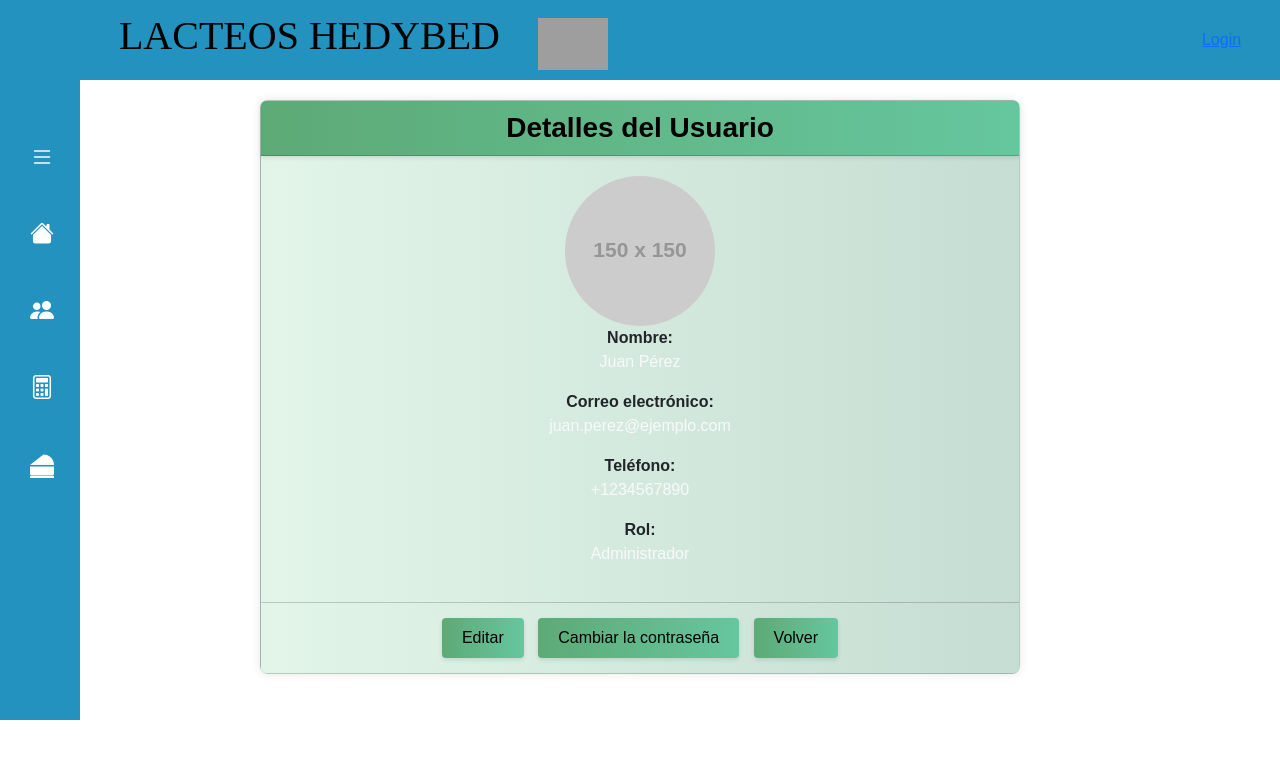
Repository: danielsanz08/RENDER
Page: http://localhost/ver_perfil/
These files come from the project's save history. The page is drawn as it stood at one moment and after the next save; the edit follows.
The browser window is 1280 px wide. The pictures show the whole page.
Pictures or frames that could not be fetched are drawn as grey boxes. The page is served by the project's application, run on Django 4.2 (manage.py). Other server files are loaded and not shown.

Above is the page before, as saved 2024-08-05 16:22:10.
Console error: TypeError: Cannot read properties of null (reading 'addEventListener')

### libreria/templates/usuario/ver.html
{% extends "navbar.html" %}

{% load static %}

{% block titulo %}  {% endblock %}

{% block contenido %}
<link href="https://cdn.jsdelivr.net/npm/bootstrap@5.3.0/dist/css/bootstrap.min.css" rel="stylesheet">
<link href="{% static 'css/ver_perfil.css' %}?v1.2" rel="stylesheet" />
<div class="container">
    <div class="card">
        <div class="card-header">
            <h3 class="card-title"><b>Detalles del Usuario</b></h3>
        </div>
        <div class="card-body">
            <div class="profile-picture">
                <img src="https://via.placeholder.com/150" alt="Foto de perfil">
            </div>
            <div class="user-details">
                <div class="mb-3">
                    <label>Nombre:</label>
                    <p>Juan Pérez</p>
                </div>
                <div class="mb-3">
                    <label>Correo electrónico:</label>
                    <p>juan.perez@ejemplo.com</p>
                </div>
                <div class="mb-3">
                    <label>Teléfono:</label>
                    <p>+1234567890</p>
                </div>
                <div class="mb-3">
                    <label>Rol:</label>
                    <p>Administrador</p>
                </div>
            </div>
        </div>
        <div class="card-footer">
            <a href="{% url 'editar_perfil' %}" class="btn btn-primary">Editar</a>
            <a href="{% url 'cambiar_contraseña' %}" class="btn btn-primary">Cambiar la contraseña</a>
            <a href="{% url 'usuario' %}" class="btn btn-primary">Volver</a>
        </div>
    </div>
</div>
{% endblock%}

### libreria/templates/navbar.html
{% load static %}
<!doctype html>
<html lang="en">
<head>
  <title>{% block titulo %}Lacteos Hedybed{% endblock %}</title>
  {% block css %}{% endblock %}
  <meta charset="utf-8" />
  <meta name="viewport" content="width=device-width, initial-scale=1, shrink-to-fit=no" />

  <link href="https://cdn.jsdelivr.net/npm/bootstrap@5.3.2/dist/css/bootstrap.min.css" rel="stylesheet" integrity="sha384-T3c6CoIi6uLrA9TneNEoa7RxnatzjcDSCmG1MXxSR1GAsXEV/Dwwykc2MPK8M2HN" crossorigin="anonymous" />

  <link rel="stylesheet" href="https://cdn.jsdelivr.net/npm/bootstrap-icons@1.10.5/font/bootstrap-icons.css">
  <link href="{% static 'css/navbar.css' %}?v.1.3" rel="stylesheet" />
  <link rel="stylesheet" href="https://cdnjs.cloudflare.com/ajax/libs/font-awesome/6.0.0-beta3/css/all.min.css">

</head>
<style>
  body.dark .menu{
    background-color: #165a75;
  }
  body.dark header{
    background-color: #165a75;
}
body.dark body{
  background-color: black;
}
</style>
<body id="body">
  <header>
    <h1>LACTEOS HEDYBED</h1>
    <div class="nombre">
      <img src="{% static 'imagen/logo_hedybed-sf.png' %}" width="70" alt="Logo Hedybed">
    </div>

    <input type="checkbox" id="toggle">
    <div class="user">
      {% if user.is_authenticated %}
        <a href="{% url 'logout' %}">
          <div class="opcion">
            <i class="fas fa-sign-out-alt"></i>

          </div>
          </a>
          <span>Usuario: {{ user.username }}</span>
        {% else %}
          <a href={% url 'login' %}>Login</a>
          {% endif %}
    </div>
  </header>
  <main>
    <div class="menu" id="menu">
      <div class="opciones_menu">
        <div class="opcion">
          <i class="bi bi-list" id="btn_open"></i>
        </div>
        <a href="{% url 'inicio' %}" class="select">

          <div class="opcion">
            <i class="bi bi-house-fill" title="Inicio"></i>
            <h4>Inicio</h4>
          </div>
        </a>
        <a href="{% url 'usuario' %}">
          <div class="opcion">
            <i class="bi bi-people-fill" title="Usuario"></i>
            <h4>Usuario</h4>
          </div>
        </a>
        <a href="{% url 'contabilidad' %}">
          <div class="opcion">
            <i class="bi bi-calculator" title="Contabilidad"></i>
            <h4>Contabilidad</h4>
          </div>
        </a>
        <a href="{% url 'insumos' %}">
          <div class="opcion">
            <i class="fas fa-cheese" title="Insumos"></i>
            <h4>Insumos</h4>
          </div>
        </a>
        <label for="toggle">
          <i class="fas fa-moon fa-2x" id="moon"></i>

        </label>
      </div>
    </div>
    {% block contenido %}
    <!-- El contenido específico de cada página irá aquí -->
    {% endblock %}
  </main>
  <footer>
  </footer>


  <script src="https://cdn.jsdelivr.net/npm/@popperjs/core@2.11.8/dist/umd/popper.min.js" integrity="sha384-I7E8VVD/ismYTF4hNIPjVp/Zjvgyol6VFvRkX/vR+Vc4jQkC+hVqc2pM8ODewa9r" crossorigin="anonymous"></script>
  <script src="https://cdn.jsdelivr.net/npm/bootstrap@5.3.2/dist/js/bootstrap.min.js" integrity="sha384-BBtl+eGJRgqQAUMxJ7pMwbEyER4l1g+O15P+16Ep7Q9Q+zqX6gSbd85u4mG4QzX+" crossorigin="anonymous"></script>
  <script src="{% static 'js/navbar.js' %}"></script>

  <script>
    document.getElementById("btn_open").addEventListener("click", open_close_menu);

    var menu = document.getElementById("menu");
    var body = document.getElementById("body");

    function open_close_menu() {
      body.classList.toggle("body_mov");
      menu.classList.toggle("menu_mov");
    }

    function darkMode() {
  var toggle = document.getElementById('toggle');

  toggle.checked = localStorage.getItem('darkMode') === 'true';

  toggle.addEventListener('change', function(event) {
    if (event.target.checked) {
      document.body.classList.add('dark');
      localStorage.setItem('darkMode', true);
    } else {
      document.body.classList.remove('dark');
      localStorage.setItem('darkMode', false);
    }
  });

  // Aplicar el modo oscuro al cargar la página si está activo
  if (toggle.checked) {
    document.body.classList.add('dark');
  }
}

document.addEventListener('DOMContentLoaded', darkMode);
  </script>
  {% block js %}
  {% endblock %}
</body>
</html>

### libreria/views.py
from django.shortcuts import render, redirect
from django.http import HttpResponse,JsonResponse
from .models import Transaccion, User,Insumo
from django.contrib.auth.decorators import login_required
from .forms import InsumoForm

# Create your views here.


def inicio(request):
    return render(request,'index/index.html' )
@login_required
def usuario(request):
    return render(request, 'usuario/usuario.html')

@login_required
def contabilidad(request):
    return render(request, 'paginas/finanza.html')
@login_required
def insumos(request):
    return render(request, 'insumos/insumos.html')


def ver_perfil(request):
    return render(request, 'usuario/ver.html')


def editar_perfil(request):
    return render(request, 'usuario/editar.html')


def cambiar_contraseña(request):
    return render(request, 'usuario/nueva_contraseña.html')


def login(request):
    return render(request, 'login/login.html')

def ver_transacciones(request):
    transacciones = Transaccion.objects.all()
    return render(request, 'transacciones/ver.html', {'transacciones':transacciones})

def crear_transacciones(request):
    if request.method == 'POST':
        tipo = request.POST['tipo']
        descripcion = request.POST['descripcion']
        monto = request.POST['monto']
        fecha = request.POST['fecha']

        transaccion = Transaccion(tipo=tipo, descripcion=descripcion, monto=monto, fecha=fecha)
        transaccion.save()

        return redirect('ver_transacciones')  # Redirige a la vista para ver las transacciones

    return render(request, 'transacciones/crear.html')
def eliminar (request, id):
    transaccione = Transaccion.objects.get(id=id)
    transaccione.delete()
    return redirect('ver_transacciones')
def search(request):
    search_type = request.GET.get('type')
    query = request.GET.get('query')

    if search_type == 'fecha':
        transacciones = Transaccion.objects.filter(fecha__icontains=query)
    elif search_type == 'descripcion':
        transacciones = Transaccion.objects.filter(descripcion__icontains=query)
    else:
        transacciones = Transaccion.objects.all()

    results = list(transacciones.values('tipo', 'descripcion', 'monto', 'fecha'))
    return JsonResponse(results, safe=False)

def buscar_usuario(request):
    query = request.GET.get('query', '')  # Obtiene el parámetro 'query' de la solicitud
    usuarios = User.objects.filter(username__icontains=query)  # Filtra los usuarios según el nombre de usuario
    return render(request, 'usuarios/buscar.html', {'usuarios': usuarios, 'query': query})  # Renderiza la plantilla con los usuarios encontrados

def agregar_insumo(request):
    if request.method == 'POST':
        form = InsumoForm(request.POST)
        if form.is_valid():
            form.save()
            return redirect('consultar_insumo')
    else:
        form = InsumoForm()
    return render(request, 'insumos/agregar_insumo.html', {'form': form})

def editar_insumo(request):
    insumos = Insumo.objects.all()
    form = None

    if request.method == 'POST':
        nombre = request.POST.get('nombre')
        insumo = Insumo.objects.filter(nombre=nombre).first()

        if insumo:
            form = InsumoForm(request.POST, instance=insumo)
            if form.is_valid():
                form.save()
                return redirect('consultar_insumo')
        else:
            return render(request, 'insumos/editar_insumo.html', {'insumos': insumos})
    else:
        nombre = request.GET.get('nombre')
        if nombre:
            insumo = Insumo.objects.filter(nombre=nombre).first()
            if insumo:
                form = InsumoForm(instance=insumo)
            else:
                return render(request, 'insumos/editar_insumo.html', {'insumos': insumos})
    return render(request, 'insumos/editar_insumo.html', {'form': form, 'insumos': insumos})

def eliminar_insumo(request, id):
    insumos = Insumo.objects.get(id=id)
    insumos.delete()
    return redirect('consultar_insumo')

def consultar_insumo(request):
    query = request.GET.get('q', '')
    if query:
        insumos = Insumo.objects.filter(nombre__icontains=query)
    else:
        insumos = Insumo.objects.all()
    return render(request, 'insumos/consultar_insumo.html', {'insumos': insumos})

### sistema/urls.py
"""sistema URL Configuration

The `urlpatterns` list routes URLs to views. For more information please see:
    https://docs.djangoproject.com/en/4.1/topics/http/urls/
Examples:
Function views
    1. Add an import:  from my_app import views
    2. Add a URL to urlpatterns:  path('', views.home, name='home')
Class-based views
    1. Add an import:  from other_app.views import Home
    2. Add a URL to urlpatterns:  path('', Home.as_view(), name='home')
Including another URLconf
    1. Import the include() function: from django.urls import include, path
    2. Add a URL to urlpatterns:  path('blog/', include('blog.urls'))
"""
from django.contrib import admin
from django.urls import path, include

urlpatterns = [
    path('admin/', admin.site.urls),
    path('', include('libreria.urls') ),
    path('accounts/', include('django.contrib.auth.urls'))
]

### libreria/urls.py
from django.conf import settings
from django.conf.urls.static import static
from django.urls import path
from . import views

urlpatterns = [
    path('', views.inicio, name='home'),

    path('inicio/', views.inicio, name='inicio'),
    path('usuario/', views.usuario, name='usuario'),
    path('contabilidad/', views.contabilidad, name='contabilidad'),
    path('insumos/', views.insumos, name='insumos'),
    path('ver_perfil/', views.ver_perfil, name='ver_perfil'),
    path('editar_perfil/', views.editar_perfil, name='editar_perfil'),
    path('cambiar_contraseña/', views.cambiar_contraseña, name='cambiar_contraseña'),
    path('ver_transacciones/', views.ver_transacciones, name='ver_transacciones'),
    path('crear_transacciones/', views.crear_transacciones, name='crear_transacciones'),
    path('search/', views.search, name='search'),
    path('buscar_usuario/', views.buscar_usuario, name='buscar_usuario'),
    path('eliminar/<int:id>/', views.eliminar, name='eliminar'),
    path('agregar_insumo', views.agregar_insumo, name='agregar_insumo'),
    path('editar_insumo', views.editar_insumo, name='editar_insumo'),
    path('eliminar_insumo/<int:id>/', views.eliminar_insumo, name='eliminar_insumo'),
    path('consultar_insumo', views.consultar_insumo, name='consultar_insumo')
] + static(settings.MEDIA_URL, document_root=settings.MEDIA_ROOT)

### libreria/static/css/navbar.css
* {
    margin: 0;
    padding: 0;
    box-sizing: border-box;
    text-decoration: none;
    font-family: sans-serif;
}

body {
    margin-left: 80px;
    margin-top: 80px;
    transition: margin-left 300ms cubic-bezier(0.785, 0.135, 0.15, 0.86);
}


main {
    padding: 20px;
    text-align: center;
}

header {
    width: 100%;
    height: 80px;
    background-color: #2392be;
    color: black;
    align-items: center;
    position: fixed;
    display: flex;
    justify-content: center;
    align-items: center;
    top: 0;
    z-index: 200;
    transition: padding-left 300ms cubic-bezier(0.785, 0.135, 0.15, 0.86);
    padding-left: 80px;
}
.body_mov header {
    padding-left: 250px;
  }
.icon_menu {
    width: 50px;
    height: 100%;
    display: flex;
    justify-content: center;
    align-items: center;
    transform: translateX(10px);
}

.icon_menu i {
    font-size: 20px;
    cursor: pointer;
    position: absolute;
}

.menu {
    width: 80px;
    height: 100%;
    background-color: #2392be;
    position: fixed;
    top: 0;
    left: 0;
    color: white;
    font-size: 18px;
    z-index: 300;
    overflow: hidden;

    transition: all 300ms cubic-bezier(0.785, 0.135, 0.15, 0.86);
}

.menu_mov .opciones_menu .opcion h4 {
    opacity: 1;
  }
.nombre {
    padding: 20px 30px;
    display: flex;
    margin-left: 08px;
    margin-top: 08px;
    justify-content: center;
    align-items: center;
    cursor: pointer;
    transition: transform 0.3s ease, color 0.3s ease;
  }

  .nombre:hover {
    transform: scale(1.1) rotate(15deg);
    color: #838382; /* Color dorado */
  }

.opciones_menu {
    padding: 20px 30px;
    position: absolute;
    top: 100px;

    height: 100vh;
}

.opciones_menu a {
    color: white;
    cursor: default;
    display: block;
    position: relative;
    transition: color 300ms;
}

.opciones_menu a:hover {
    color: black;
}

.opciones_menu .opcion {
    display: flex;
    align-items: center;
    padding: 20px 0px;
}

.opciones_menu .opcion i {
    width: 20px;
    margin-right: 20px;
    font-size: 24px;
    cursor: pointer;
    transition: transform 0.3s ease, color 0.3s ease;
}
.opciones_menu .opcion i:hover {
    transform: scale(1.1) rotate(15deg);
    color: #838382; /* Color dorado */
  }

.opciones_menu .opcion h4 {
    white-space: nowrap;
      overflow: hidden;
      opacity: 0;
      transition: opacity 300ms ease;
}

/* Clases para usar en JavaScript */
.body_mov {
    margin-left: 250px;
}

.menu_mov {
    width: 250px;
}

a {
    text-decoration: none;
}

.white-box {
    width: 100%;
    height: 100%;
    background-color: white;
    border: 1px solid #167a1d;
}

.page {
    width: 80%;
    margin: 10% auto;
    padding: 20px;
    border: 1px solid black;
}

#toggle {
    display: none;
    cursor: pointer;
}
#moon {
    cursor: pointer;
    margin-top: 1000%;

  }

  #moon:hover {
    color: #838382; /* Color dorado */
  }

  h1{
    font-family: 'Roboto Slab', serif;
      font-weight: 700;
  }
  .user{
   padding-left: 47%;
  }

### libreria/static/css/ver_perfil.css
.container {
    max-width: 800px;
    margin: 50px auto;
    padding: 20px;
    padding-top: 30px;

}

.card {
    background: linear-gradient(to right, #e3f5e9, #c5ddd3);
    border-radius: 8px;
    box-shadow: 0 0 10px rgba(0, 0, 0, 0.1);

}
body.dark .card {
    background-color: #737373;
    box-shadow: 0 0 10px rgba(0, 0, 0, 0.1);
}
.card-header {
    background: linear-gradient(to right, #5DAA76, #66C69E);
    box-shadow: 0 2px 4px rgba(0, 0, 0, 0.1);
    color: #000000;
    padding: 10px 20px;
    border-top-left-radius: 8px;
    border-top-right-radius: 8px;
}
body.dark .card-header {
    background: linear-gradient(to right, #167a1d, #1d261d);
    box-shadow: 0 2px 4px rgba(0, 0, 0, 0.1);
    color: #fff;
}

.card-title {
    text-align: center;
    margin: 0;
}

.card-body {
    padding: 20px;
}

.profile-picture img {
    border-radius: 50%;
    display: block;
    margin: 0 auto;
}

.user-details {
    text-align: center;
}

.user-details label {
    font-weight: bold;
}

.user-details p {
    margin-bottom: 10px;
}

.card-footer {
    background: linear-gradient(to right, #e3f5e9, #c5ddd3);
    padding: 10px 20px;
    border-bottom-left-radius: 8px;
    border-bottom-right-radius: 8px;
    text-align: center;
}
body.dark .card-footer {
    background-color: #4c4c4d;
}
body.dark  label, p{
    color: #f8f9fa;
}
.btn {
    display: inline-block;
    padding: 8px 20px;
    margin: 5px;
    border-radius: 4px;
    text-decoration: none;
    color: #000000;
    box-shadow: 0 2px 4px rgba(0, 0, 0, 0.1);
}

.btn-primary {
    background: linear-gradient(to right, #5DAA76, #66C69E);
    border: none;
}
body.dark .btn-primary {
    background: linear-gradient(to right, #167a1d, #1d261d);
    color: #ffffff;
}

.btn-primary:hover {
    opacity: 0.8;
}

### libreria/static/js/navbar.js
// Muestra u oculta el menú de usuario cuando se hace clic en la imagen del usuario
document.querySelector('.user img').addEventListener('click', function () {
  const menu = document.querySelector('.user-menu');
  // Alterna entre mostrar y ocultar el menú de usuario
  menu.style.display = menu.style.display === 'block' ? 'none' : 'block';
});

// Si se hace clic en cualquier parte fuera del menú de usuario, lo oculta
document.addEventListener('click', function (event) {
  const userMenu = document.getElementById('user-menu');
  const userAvatar = document.getElementById('user-avatar');

  // Si el clic no fue en el menú de usuario ni en el avatar, oculta el menú
  if (!userMenu.contains(event.target) && !userAvatar.contains(event.target)) {
    userMenu.style.display = 'none';
  }
});

// Muestra el menú de usuario cuando se hace clic en el avatar
document.getElementById('user-avatar').addEventListener('click', function () {
  const userMenu = document.getElementById('user-menu');
  userMenu.style.display = 'block'; // Muestra el menú de usuario
});

After the next save:
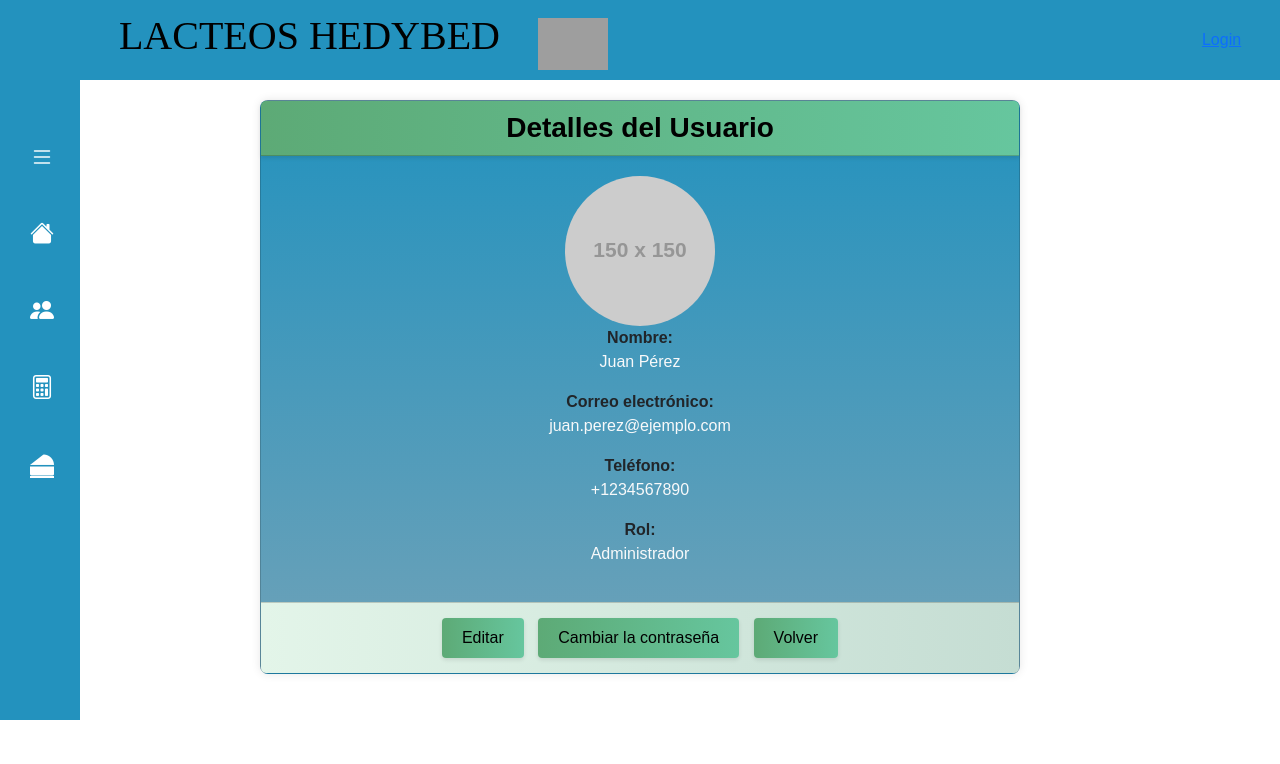
Saved 104 s later.
--- a/libreria/static/css/ver_perfil.css
+++ b/libreria/static/css/ver_perfil.css
@@ -7,7 +7,7 @@
 }
 
 .card {
-    background: linear-gradient(to right, #e3f5e9, #c5ddd3);
+    background: linear-gradient(to bottom, #2392be, #6fa2b8);
     border-radius: 8px;
     box-shadow: 0 0 10px rgba(0, 0, 0, 0.1);
 
